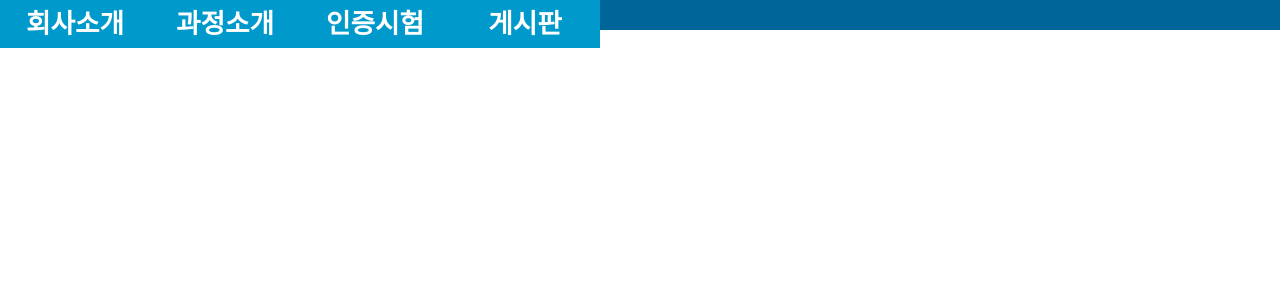
Repository: gyetol/web
Page: 4_11_web/CSS/WebContent/index.html
The author's editor kept a copy of each file at every save. The page is drawn from the files as they stood at one save, then again after the next save.
The browser window is 1280 px wide. The pictures show the whole page.
The pointer rests on the first visible `ul>li`.

Above is the page before, as saved 2020-04-11 07:57:35.

After the next save:
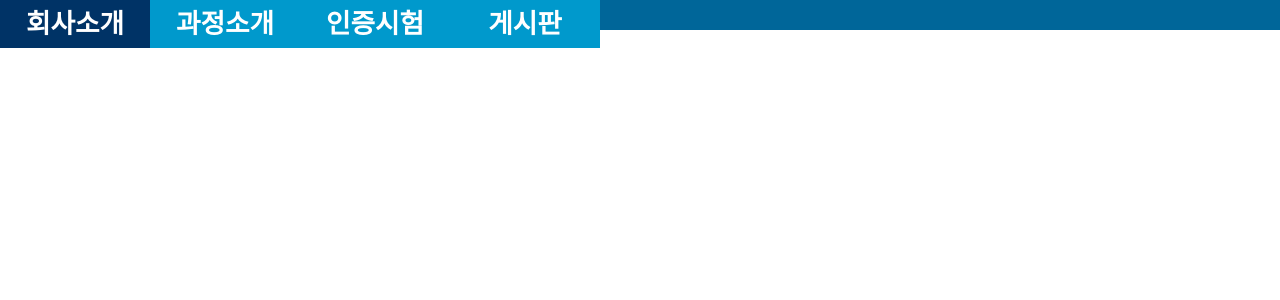
Saved 60 s later.
--- a/4_11_web/CSS/WebContent/css/style.css
+++ b/4_11_web/CSS/WebContent/css/style.css
@@ -23,3 +23,7 @@ ul>li{
 	font-weight:bold;
 	color:white;
 }
+
+ul>li:hover{
+	background-color:#003366;
+}
